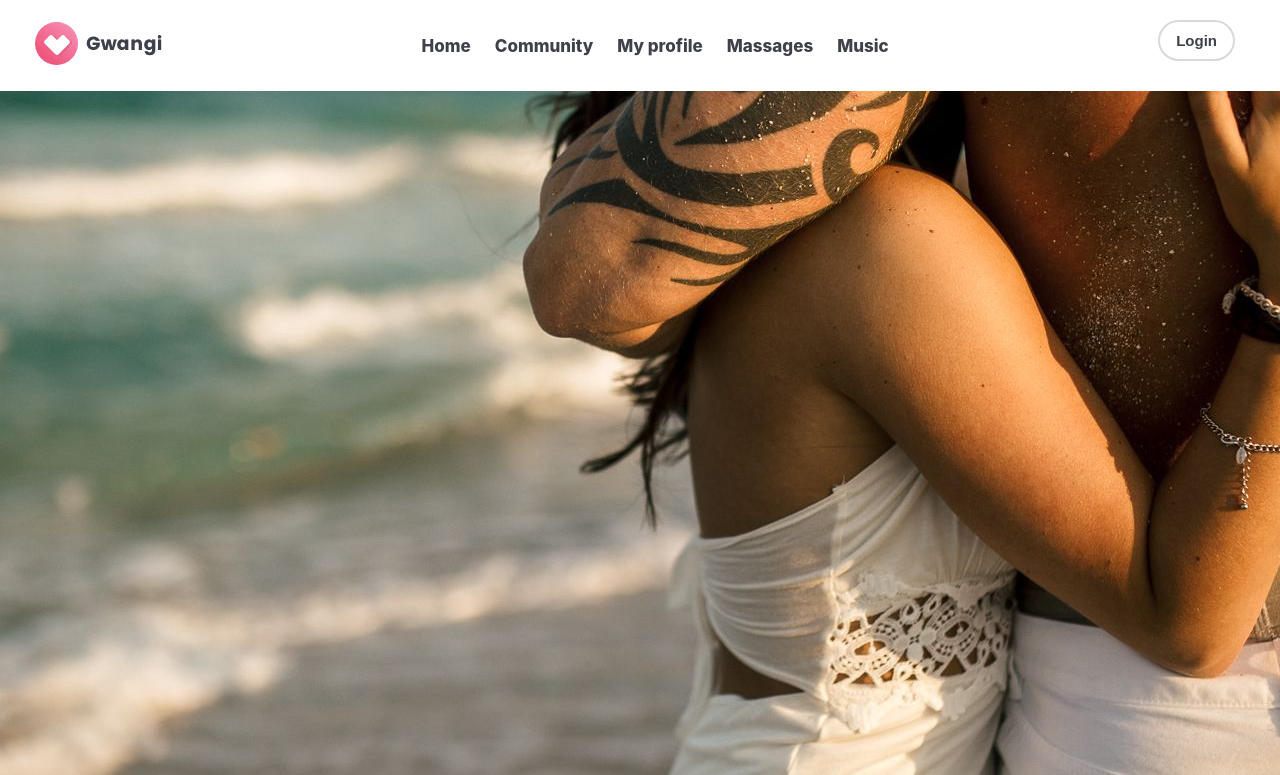
Repository: ShokunLiubov/Soc-Network-React
Page: /login
An editor plug-in stored every save of this project. The page is shown before and after the next save, followed by the edit.
The browser window is 1280 px wide. The pictures show the whole page.
The project was rebuilt for these pictures with package versions that can differ from the ones it lists, and the page was loaded fresh each time. Also part of the build but not shown: src/components/common/Paginator/Paginator.module.css, src/components/common/Paginator/Paginator.jsx, src/components/Community/Community.module.css, src/components/Community/Friend/Friend.jsx, src/components/Community/Community.jsx, src/components/common/Preloader/Preloader.jsx, src/components/Community/CommunityContainer.jsx, src/components/Dialogs/Dialogs.module.css and 14 more.

Above is the page before, as saved 2022-08-24 17:23:50.

After the next save:
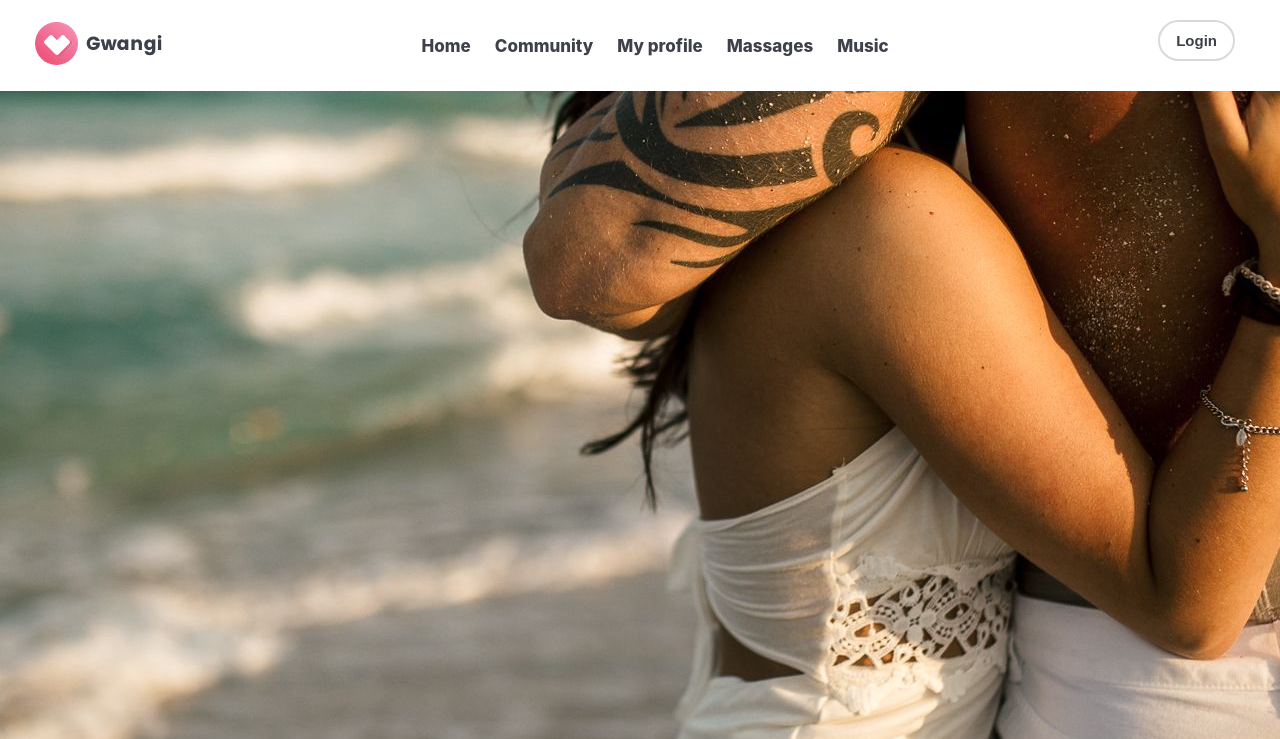
Saved 9 s later.
--- a/src/components/Auth/Registration/Registration.module.css
+++ b/src/components/Auth/Registration/Registration.module.css
@@ -3,6 +3,6 @@
     background-repeat: no-repeat;
     background-position: center;
     width: 100%;
-    height: 95vh;
+    height: 90vh;
 
 }
